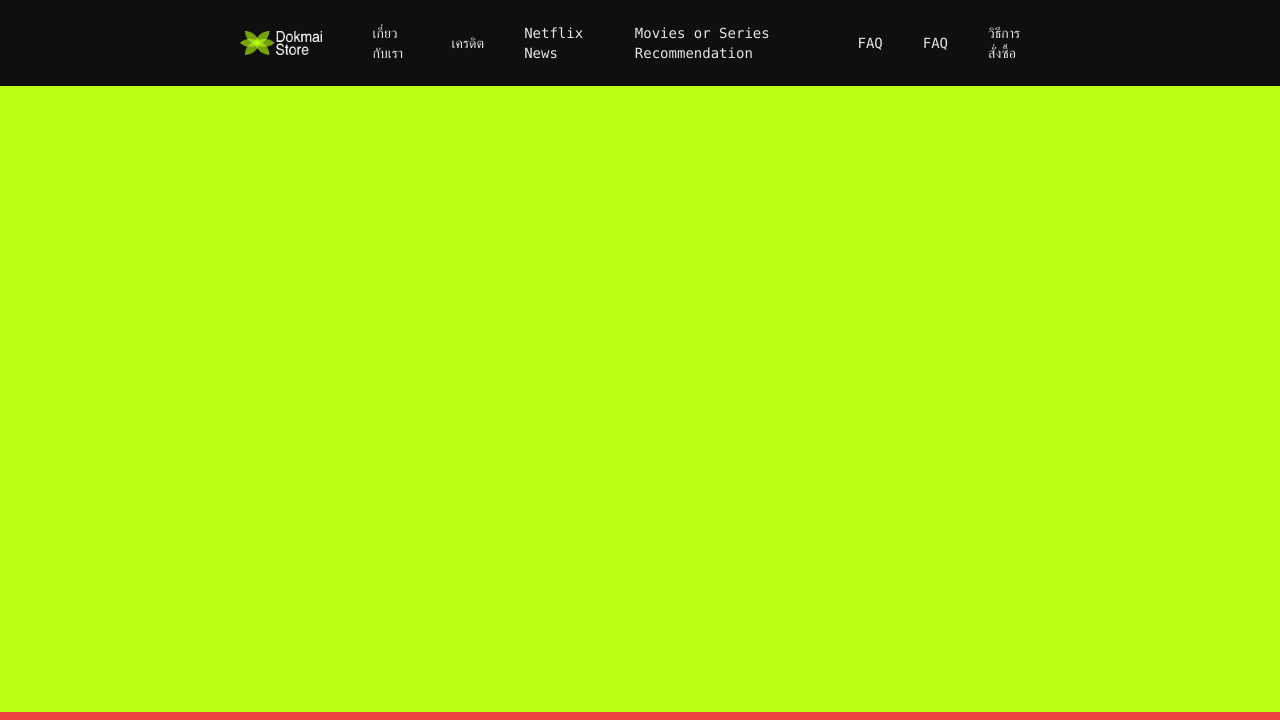
Repository: 0981237197640128312768320198372/oakdoiaj9w28wdumoakwd2398dijkamd3298udijnasd82yt2384772390823947
Page: /
The author's editor kept a copy of each file at every save. The page is drawn from the files as they stood at one save, then again after the next save.
The browser window is 1280 px wide. The pictures show the whole page.
The project was rebuilt for these pictures with package versions that can differ from the ones it lists, and the page was loaded fresh each time. The framework's server and built-in components were replaced by stand-ins that run in the browser. Also part of the build but not shown: next.config.mjs, constant/index.tsx.

Above is the page before, as saved 2024-09-29 00:30:14.

After the next save:
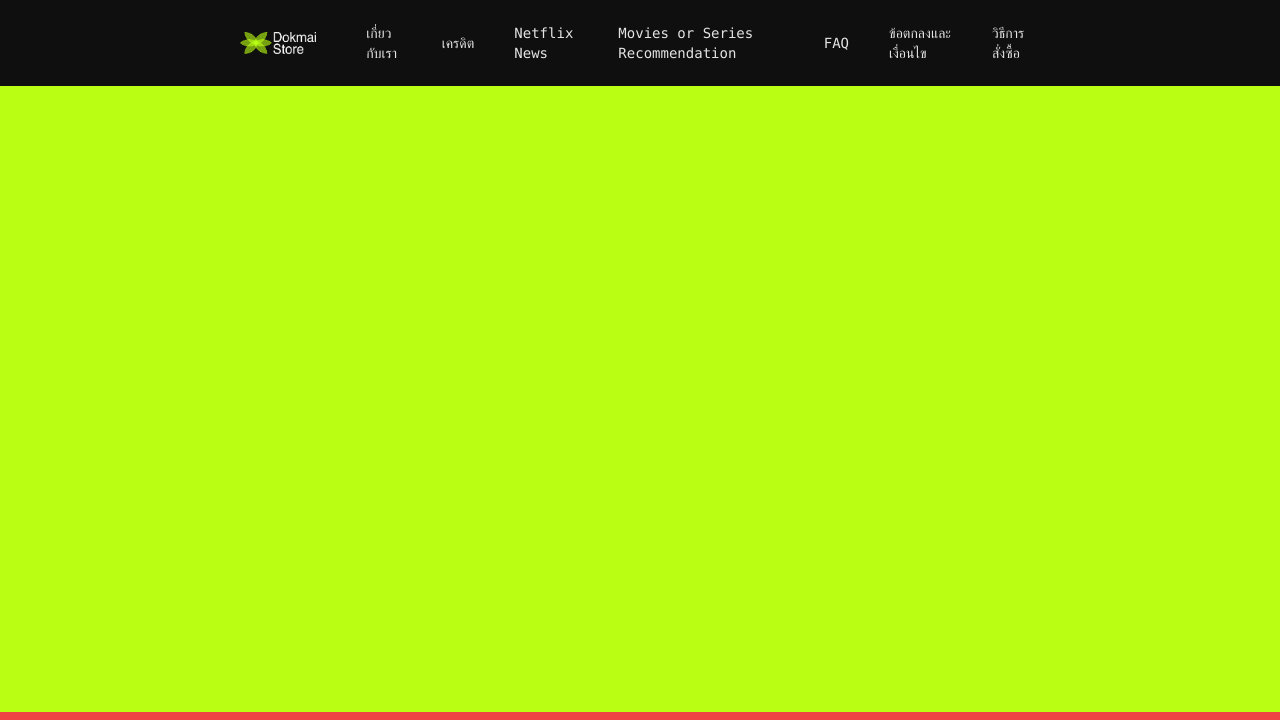
Saved 50 s later.
--- a/components/Navbar.tsx
+++ b/components/Navbar.tsx
@@ -31,8 +31,8 @@
       url: "/faq",
     },
     {
-      title: "FAQ",
-      url: "/terms",
+      title: "ข้อตกลงและเงื่อนไข",
+      url: "/terms-and-conditions",
     },
     {
       title: "วิธีการสั่งซื้อ",
